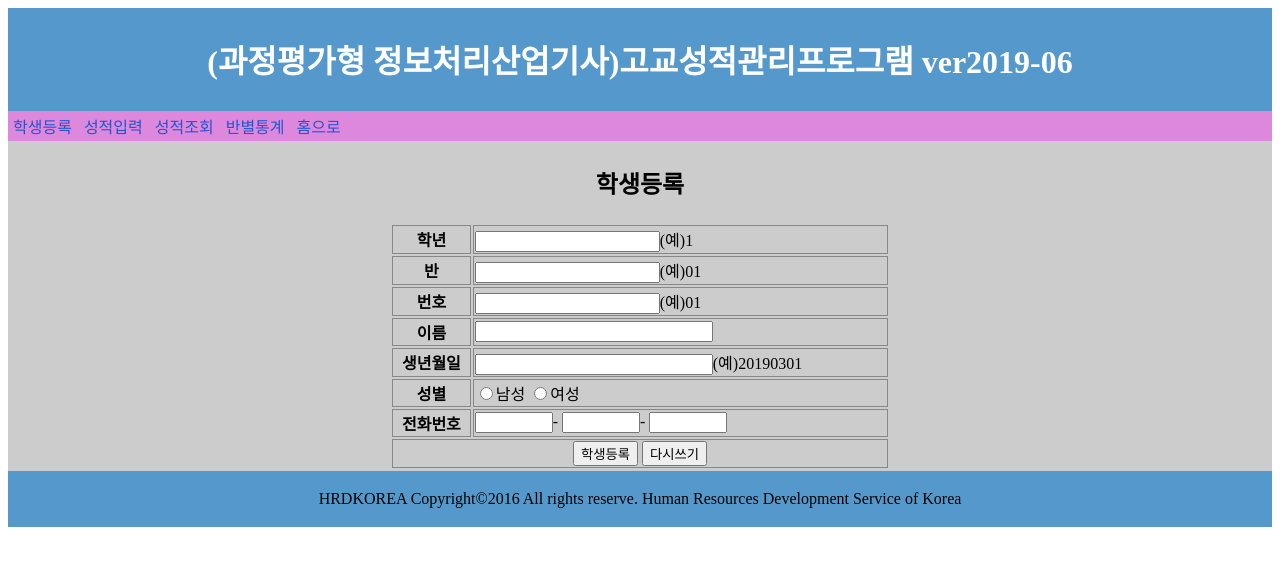
Repository: bolbbal/jdbc
Page: http://localhost/cbq_99/sub1.jsp
These files come from the project's save history. The page is drawn as it stood at one moment and after the next save; the edit follows.
The browser window is 1280 px wide. The pictures show the whole page.
The page is served by Tomcat 9. Other server files are loaded and not shown.

Above is the page before, as saved 2024-08-26 07:53:50.

### javastudy18/jspStudy/cbq_99/cbq_99/WebContent/sub1.jsp
<%@ page language="java" contentType="text/html; charset=UTF-8"
	pageEncoding="UTF-8"%>
<%@ page import="Model.*"%>
<%@ page import="java.sql.*"%>
<%@ page import="java.util.*"%>
<%@ page import="java.text.*"%>
<!DOCTYPE html>
<html>
<head>
<meta charset="UTF-8">
<title>고교성적관리</title>
<style>
header {
	background: #59c;
	padding: 1px;
}

h1 {
	color: #fff;
	text-align: center;
	padding: 6px
}

nav {
	background: #D8D;
	padding: 1px
}

a {
	text-decoration: none;
	color: #25C;
	display: inline-block;
	padding: 2px 4px;
}

section {
	padding: 1px;
	background: #CCC;
}

h2 {
	text-align: center;
	padding: 3px;
}

footer {
	background: #59c;
	padding: 1px;
}

footer p {
	text-align: center;
	padding: 2px;
}

tr, th, td {
	border-style: solid;
	border-width: 1px;
	border-color: #888;
}

table {
	margin: 0 auto;
	width:500px;
}
</style>
<script type="text/javascript">
	function check() {
		if (my.syear.value == "") {
			alert("학년정보가 입력되지 않았습니다!");
			my.syear.focus();
			return false;
		}
		if (my.sclass.value == "") {
			alert("반정보가 입력되지 않았습니다!");
			my.sclass.focus();
			return false;
		}
		if (my.sno.value == "") {
			alert("번호정보가 입력되지 않았습니다!");
			my.sno.focus();
			return false;
		}
		if (my.sname.value == "") {
			alert("이름이 입력되지 않았습니다!");
			my.sname.focus();
			return false;
		}
		if (my.birth.value == "") {
			alert("생년월일이 입력되지 않았습니다!");
			my.birth.focus();
			return false;
		}
		if (my.gender.checked=="" && my.gender.checked=="") {
			alert("성별을 선택하세요!");
			my.gender[0].focus();
			return false;
		}
		/*
		var genders = document.getElementsByName("gender");
		if(!genders[0].checked && !genders[1].checked) {
			alert("성별선택");
			genders[0].focus();
			return false;
		}
		*/
		if (my.tel1.value == "") {
			alert("전화번호가 입력되지 않았습니다!");
			my.tel1.focus();
			return false;
		}
		if (my.tel2.value == "") {
			alert("전화번호가 입력되지 않았습니다!");
			my.tel2.focus();
			return false;
		}
		if (my.tel3.value == "") {
			alert("전화번호가 입력되지 않았습니다!");
			my.tel3.focus();
			return false;
		}
		alert("학생등록이 정상적으로 등록되었습니다");
		return true;

	}
</script>
</head>
<body>
	<header>
		<h1>(과정평가형 정보처리산업기사)고교성적관리프로그램 ver2019-06</h1>
	</header>
	<nav>
		<a href="sub1.jsp">학생등록</a>
		<a href="sub2.jsp">성적입력</a>
		<a href="sub3.jsp">성적조회</a>
		<a href="sub4.jsp">반별통계</a>
		<a href="index.jsp">홈으로</a>
	</nav>
	<section>
		<h2>학생등록</h2>
		<form name="my" method="post" action="sub1pro.jsp" onsubmit="return check()">
			<table>
				<tr>
					<th>학년</th>
					<td><input type="text" name="syear">(예)1</td>
				</tr>
				<tr>
					<th>반</th>
					<td><input type="text" name="sclass">(예)01</td>
				</tr>
				<tr>
					<th>번호</th>
					<td><input type="text" name="sno">(예)01</td>
				</tr>
				<tr>
					<th>이름</th>
					<td><input type="text" name="sname" style="width: 230px"></td>
				</tr>
				<tr>
					<th>생년월일</th>
					<td><input type="text" name="birth" style="width: 230px">(예)20190301</td>
				</tr>
				<tr>
					<th>성별</th>
					<td><input type="radio" name="gender" value="M">남성
						<input type="radio" name="gender" value="F">여성</td>
				</tr>
				<tr>
					<th>전화번호</th>
					<td><input type="text" name="tel1" style="width: 70px">-
						<input type="text" name="tel2" style="width: 70px">-
						<input type="text" name="tel3" style="width: 70px"></td>
				</tr>
				<tr>
					<td colspan="2" style="text-align: center;">
					<input type="submit" value="학생등록">
					<input type="reset" value="다시쓰기" onclick="alert('정보를 지우고 처음부터 다시 입력합니다!')"></td>
				</tr>
			</table>
		</form>
	</section>
	<footer>
		<p>HRDKOREA Copyright&copy;2016 All rights reserve. Human
			Resources Development Service of Korea</p>
	</footer>
</body>
</html>

After the next save:
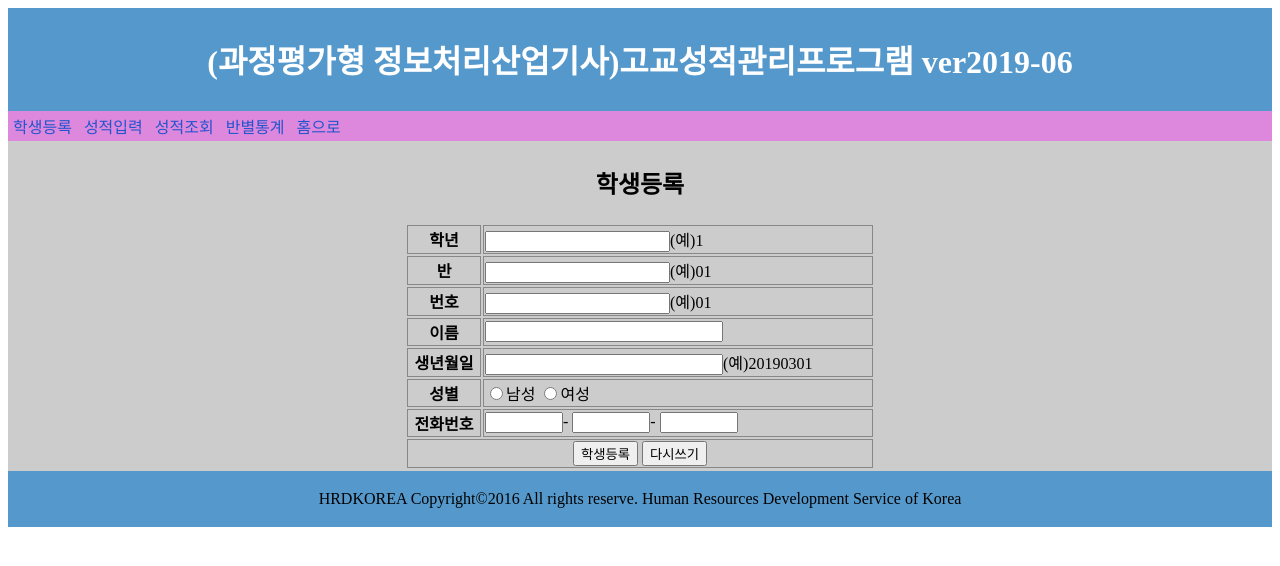
Saved 15 s later.
--- a/javastudy18/jspStudy/cbq_99/cbq_99/WebContent/sub1.jsp
+++ b/javastudy18/jspStudy/cbq_99/cbq_99/WebContent/sub1.jsp
@@ -61,7 +61,7 @@
 
 table {
 	margin: 0 auto;
-	width:500px;
+	width:470px;
 }
 </style>
 <script type="text/javascript">
